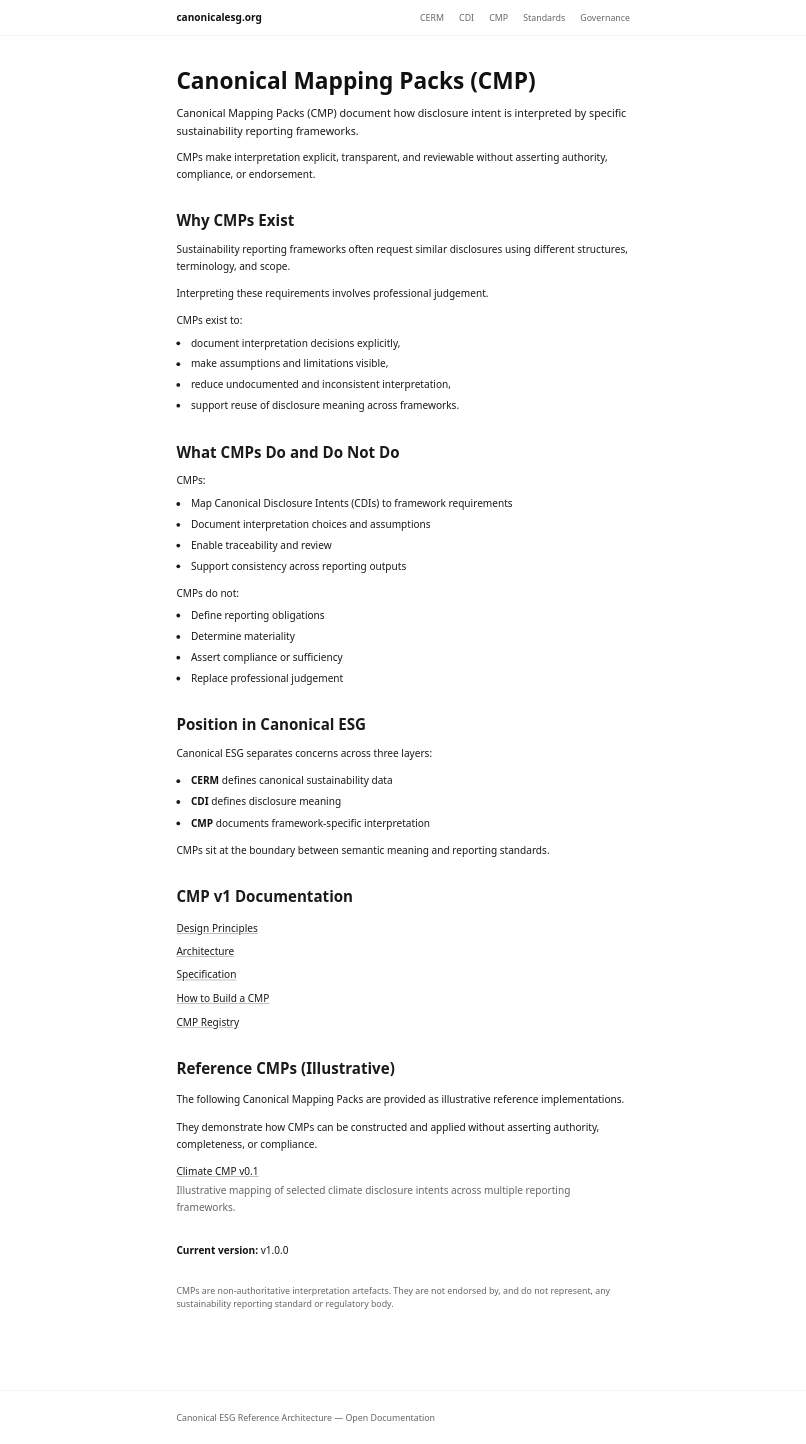
Repository: udaysxd/canonicalesg
Page: /cmp
An editor plug-in stored every save of this project. The page is shown before and after the next save, followed by the edit.
The browser window is 1280 px wide. The pictures show the whole page, at 63% of full size.
The project was rebuilt for these pictures with package versions that can differ from the ones it lists, and the page was loaded fresh each time. The framework's server and built-in components were replaced by stand-ins that run in the browser. Also part of the build but not shown: next.config.ts.

Above is the page before, as saved 2026-02-02 17:10:11.

### src/app/layout.tsx
import type { Metadata } from "next";
import "./globals.css";

export const metadata: Metadata = {
  title: "Canonical ESG Reference Architecture",
  description: "Open, non-authoritative reference architecture for sustainability reporting",
};

export default function RootLayout({
  children,
}: Readonly<{
  children: React.ReactNode;
}>) {
  return (
    <html lang="en">
      <body className="antialiased bg-white text-[#1a1a1a]" style={{ fontFamily: 'system-ui, -apple-system, BlinkMacSystemFont, "Segoe UI", Roboto, Helvetica, Arial, sans-serif' }}>
        <header className="border-b border-[#eee] bg-white">
          <div className="max-w-3xl mx-auto px-6 py-4">
            <nav className="flex items-center justify-between">
              <a href="/" className="text-base font-semibold text-[#111] hover:text-[#1a1a1a]">
                canonicalesg.org
              </a>
              <ul className="flex gap-6 text-sm">
                <li><a href="/cerm" className="text-[#666] hover:text-[#1a1a1a] hover:underline">CERM</a></li>
                <li><a href="/cdi" className="text-[#666] hover:text-[#1a1a1a] hover:underline">CDI</a></li>
                <li><a href="/cmp" className="text-[#666] hover:text-[#1a1a1a] hover:underline">CMP</a></li>
                <li><a href="/standards" className="text-[#666] hover:text-[#1a1a1a] hover:underline">Standards</a></li>
                <li><a href="/governance" className="text-[#666] hover:text-[#1a1a1a] hover:underline">Governance</a></li>
              </ul>
            </nav>
          </div>
        </header>
        {children}
        <footer className="border-t border-[#eee] mt-20">
          <div className="max-w-3xl mx-auto px-6 py-8 text-sm text-[#666]">
            <p>Canonical ESG Reference Architecture — Open Documentation</p>
          </div>
        </footer>
      </body>
    </html>
  );
}

### src/app/cmp/page.tsx
import { DOCS } from "@/lib/docs";
import Link from "next/link";

export default function CMPPage() {
  const pages = DOCS.cmp.pages;
  return (
    <main className="max-w-3xl mx-auto px-6 py-12">
      <div>
        <h1 className="text-[2.25rem] font-semibold text-[#111] mb-4 leading-tight">
          Canonical Mapping Packs (CMP)
        </h1>

        <p className="text-[1.0625rem] text-[#1a1a1a] mb-4 leading-relaxed">
          Canonical Mapping Packs (CMP) document how disclosure intent is interpreted by specific sustainability reporting frameworks.
        </p>

        <p className="text-[#1a1a1a] mb-10 leading-relaxed">
          CMPs make interpretation explicit, transparent, and reviewable without asserting authority, compliance, or endorsement.
        </p>

        <h2 className="text-[1.5rem] font-semibold text-[#1a1a1a] mb-3 mt-10">Why CMPs Exist</h2>
        <p className="text-[#1a1a1a] mb-4">
          Sustainability reporting frameworks often request similar disclosures using different structures, terminology, and scope.
        </p>
        <p className="text-[#1a1a1a] mb-4">
          Interpreting these requirements involves professional judgement.
        </p>
        <p className="text-[#1a1a1a] mb-2">CMPs exist to:</p>
        <ul className="list-disc list-inside text-[#1a1a1a] mb-10 space-y-1.5">
          <li>document interpretation decisions explicitly,</li>
          <li>make assumptions and limitations visible,</li>
          <li>reduce undocumented and inconsistent interpretation,</li>
          <li>support reuse of disclosure meaning across frameworks.</li>
        </ul>

        <h2 className="text-[1.5rem] font-semibold text-[#1a1a1a] mb-3 mt-10">What CMPs Do and Do Not Do</h2>
        <p className="text-[#1a1a1a] mb-2">CMPs:</p>
        <ul className="list-disc list-inside text-[#1a1a1a] mb-4 space-y-1.5">
          <li>Map Canonical Disclosure Intents (CDIs) to framework requirements</li>
          <li>Document interpretation choices and assumptions</li>
          <li>Enable traceability and review</li>
          <li>Support consistency across reporting outputs</li>
        </ul>
        <p className="text-[#1a1a1a] mb-2">CMPs do not:</p>
        <ul className="list-disc list-inside text-[#1a1a1a] mb-10 space-y-1.5">
          <li>Define reporting obligations</li>
          <li>Determine materiality</li>
          <li>Assert compliance or sufficiency</li>
          <li>Replace professional judgement</li>
        </ul>

        <h2 className="text-[1.5rem] font-semibold text-[#1a1a1a] mb-3 mt-10">Position in Canonical ESG</h2>
        <p className="text-[#1a1a1a] mb-4">
          Canonical ESG separates concerns across three layers:
        </p>
        <ul className="list-disc list-inside text-[#1a1a1a] mb-4 space-y-1.5">
          <li><strong className="font-semibold text-[#111]">CERM</strong> defines canonical sustainability data</li>
          <li><strong className="font-semibold text-[#111]">CDI</strong> defines disclosure meaning</li>
          <li><strong className="font-semibold text-[#111]">CMP</strong> documents framework-specific interpretation</li>
        </ul>
        <p className="text-[#1a1a1a] mb-10">CMPs sit at the boundary between semantic meaning and reporting standards.</p>

        <h2 className="text-[1.5rem] font-semibold text-[#1a1a1a] mb-4 mt-10">CMP v1 Documentation</h2>
        <ul className="space-y-2.5 mb-10">
          {pages.map(p => (
            <li key={p.slug}>
              <Link href={`/cmp/${p.slug}`} className="text-[#1a1a1a] underline underline-offset-[0.15em] decoration-[#999] hover:decoration-[#1a1a1a]">{p.title}</Link>
            </li>
          ))}
        </ul>

        <h2 className="text-[1.5rem] font-semibold text-[#1a1a1a] mb-4 mt-10">Reference CMPs (Illustrative)</h2>
        <p className="text-[#1a1a1a] mb-4">
          The following Canonical Mapping Packs are provided as illustrative reference implementations.
        </p>
        <p className="text-[#1a1a1a] mb-4">
          They demonstrate how CMPs can be constructed and applied without asserting authority, completeness, or compliance.
        </p>
        <ul className="space-y-2.5 mb-10">
          <li>
            <Link href="/cmp/v1/examples/climate-end-to-end" className="text-[#1a1a1a] underline underline-offset-[0.15em] decoration-[#999] hover:decoration-[#1a1a1a]">Climate CMP v0.1</Link>
            <p className="text-[#666] mt-1">Illustrative mapping of selected climate disclosure intents across multiple reporting frameworks.</p>
          </li>
        </ul>

        <p className="text-[#1a1a1a] mb-4"><strong className="font-semibold text-[#111]">Current version:</strong> v1.0.0</p>

        <p className="text-sm text-[#666] mt-10">
          CMPs are non-authoritative interpretation artefacts. They are not endorsed by, and do not represent, any sustainability reporting standard or regulatory body.
        </p>
      </div>
    </main>
  );
}

### src/app/globals.css
@import "tailwindcss";

:root {
  --background: #ffffff;
  --foreground: #1a1a1a;
}

@theme inline {
  --color-background: var(--background);
  --color-foreground: var(--foreground);
  --font-sans: system-ui, -apple-system, BlinkMacSystemFont, "Segoe UI", Roboto, Helvetica, Arial, sans-serif;
  --font-mono: ui-monospace, SFMono-Regular, Menlo, Monaco, Consolas, monospace;
}

@media (prefers-color-scheme: dark) {
  :root {
    --background: #0a0a0a;
    --foreground: #ededed;
  }
}

body {
  background: var(--background);
  color: var(--foreground);
  font-family: system-ui, -apple-system, BlinkMacSystemFont, "Segoe UI", Roboto, Helvetica, Arial, sans-serif;
  font-size: 16px;
  line-height: 1.7;
}

/* Typography hierarchy for prose content */
.prose h1 {
  font-size: 2.25rem;
  font-weight: 600;
  line-height: 1.2;
  margin-bottom: 1rem;
  margin-top: 0;
  color: #111;
}

.prose h2 {
  font-size: 1.5rem;
  font-weight: 600;
  line-height: 1.3;
  margin-top: 2.5rem;
  margin-bottom: 0.75rem;
  color: #1a1a1a;
}

.prose h3 {
  font-size: 1.2rem;
  font-weight: 600;
  line-height: 1.4;
  margin-top: 2rem;
  margin-bottom: 0.5rem;
  color: #1a1a1a;
}

.prose p {
  margin-bottom: 1rem;
  line-height: 1.7;
}

.prose ul,
.prose ol {
  margin-bottom: 1rem;
  padding-left: 1.5rem;
}

.prose li {
  margin-bottom: 0.25rem;
  line-height: 1.7;
}

.prose li > ul,
.prose li > ol {
  margin-top: 0.25rem;
  margin-bottom: 0.25rem;
}

.prose a {
  color: #1a1a1a;
  text-decoration: underline;
  text-decoration-color: #999;
  text-underline-offset: 0.15em;
}

.prose a:hover {
  text-decoration-color: #1a1a1a;
}

.prose strong {
  font-weight: 600;
  color: #111;
}

.prose code {
  font-family: ui-monospace, SFMono-Regular, Menlo, Monaco, Consolas, monospace;
  font-size: 0.9em;
  background: #f5f5f5;
  padding: 0.15em 0.35em;
  border-radius: 3px;
}

.prose pre {
  background: #f5f5f5;
  padding: 1rem;
  border-radius: 4px;
  overflow-x: auto;
  margin-bottom: 1rem;
}

.prose pre code {
  background: none;
  padding: 0;
}

.prose hr {
  border: none;
  border-top: 1px solid #eee;
  margin: 2.5rem 0;
}

.prose blockquote {
  border-left: 3px solid #ddd;
  padding-left: 1rem;
  margin-left: 0;
  margin-bottom: 1rem;
  color: #555;
}

.prose table {
  width: 100%;
  border-collapse: collapse;
  margin-bottom: 1rem;
  font-size: 0.95rem;
}

.prose th,
.prose td {
  padding: 0.5rem 0.75rem;
  text-align: left;
  border-bottom: 1px solid #eee;
}

.prose th {
  font-weight: 600;
  border-bottom: 2px solid #ddd;
}

/* Breadcrumb styling */
.breadcrumb {
  font-size: 0.875rem;
  color: #666;
}

.breadcrumb a {
  color: #666;
  text-decoration: none;
}

.breadcrumb a:hover {
  color: #1a1a1a;
  text-decoration: underline;
}

/* Meta text styling */
.meta-text {
  font-size: 0.875rem;
  color: #666;
}

/* Content container max width */
.content-container {
  max-width: 720px;
  margin-left: auto;
  margin-right: auto;
}

### lib/docs.ts
export const DOCS = {
  cerm: {
    version: "v1",
    pages: [
      { slug: "design-principles", file: "01-design-principles.md", title: "Design Principles" },
      { slug: "architecture", file: "02-architecture.md", title: "Architecture" },
      { slug: "reference", file: "03-reference.md", title: "Reference Model" }
    ]
  },
  cdi: {
    version: "v1",
    pages: [
      { slug: "design-principles", file: "01-design-principles.md", title: "Design Principles" },
      { slug: "architecture", file: "02-architecture.md", title: "Architecture" },
      { slug: "taxonomy", file: "03-taxonomy.md", title: "Climate Taxonomy" }
    ]
  },
  cmp: {
    version: "v1",
    pages: [
      { slug: "design-principles", file: "01-design-principles.md", title: "Design Principles" },
      { slug: "architecture", file: "02-architecture.md", title: "Architecture" },
      { slug: "specification", file: "03-specification.md", title: "Specification" },
      { slug: "how-to-build", file: "how-to-build.md", title: "How to Build a CMP" },
      { slug: "registry", file: "registry.md", title: "CMP Registry" }
    ]
  }
};

After the next save:
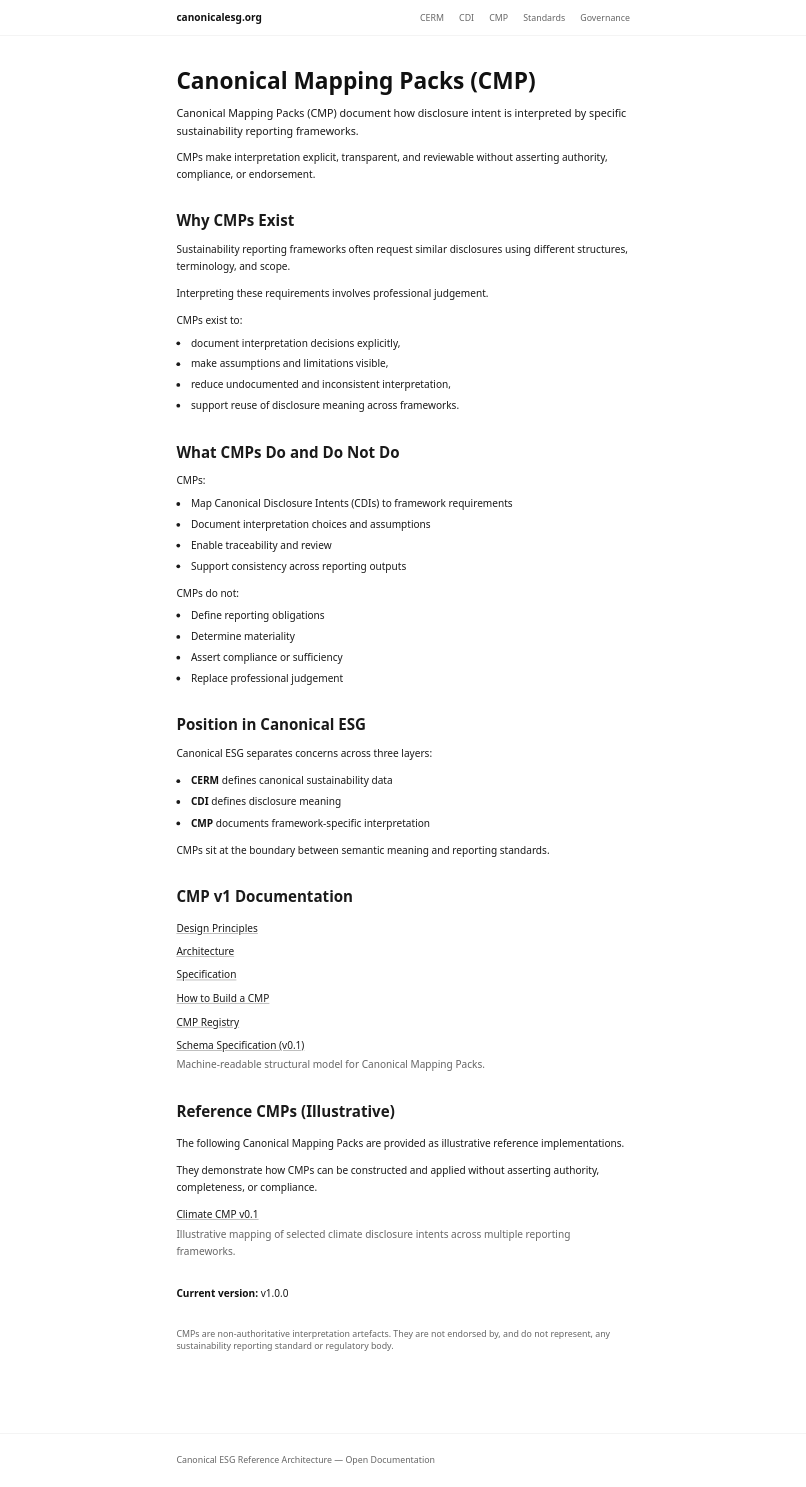
Saved 7 min 11 s later.
--- a/src/app/cmp/page.tsx
+++ b/src/app/cmp/page.tsx
@@ -67,6 +67,10 @@ export default function CMPPage() {
               <Link href={`/cmp/${p.slug}`} className="text-[#1a1a1a] underline underline-offset-[0.15em] decoration-[#999] hover:decoration-[#1a1a1a]">{p.title}</Link>
             </li>
           ))}
+          <li>
+            <Link href="/cmp/v1/04-schema-specification" className="text-[#1a1a1a] underline underline-offset-[0.15em] decoration-[#999] hover:decoration-[#1a1a1a]">Schema Specification (v0.1)</Link>
+            <p className="text-[#666] mt-1">Machine-readable structural model for Canonical Mapping Packs.</p>
+          </li>
         </ul>
 
         <h2 className="text-[1.5rem] font-semibold text-[#1a1a1a] mb-4 mt-10">Reference CMPs (Illustrative)</h2>
